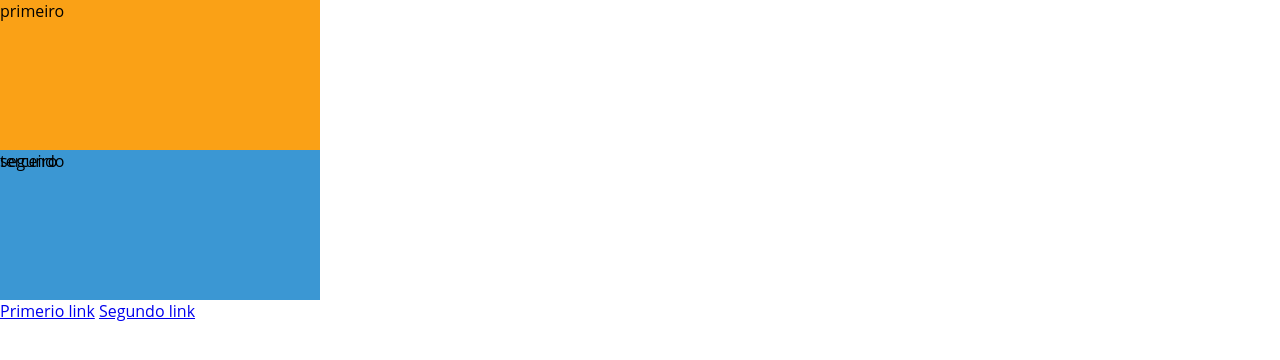
Repository: NicholasMaestrello/treinamento-impacta
Page: DesenvolvimentoJava/Modulo06/01_ConceitosHTMLCSS/WebContent/exemplo_display.html
The author's editor kept a copy of each file at every save. The page is drawn from the files as they stood at one save, then again after the next save.
The browser window is 1280 px wide. The pictures show the whole page.

Above is the page before, as saved 2017-10-18 16:24:32.

After the next save:
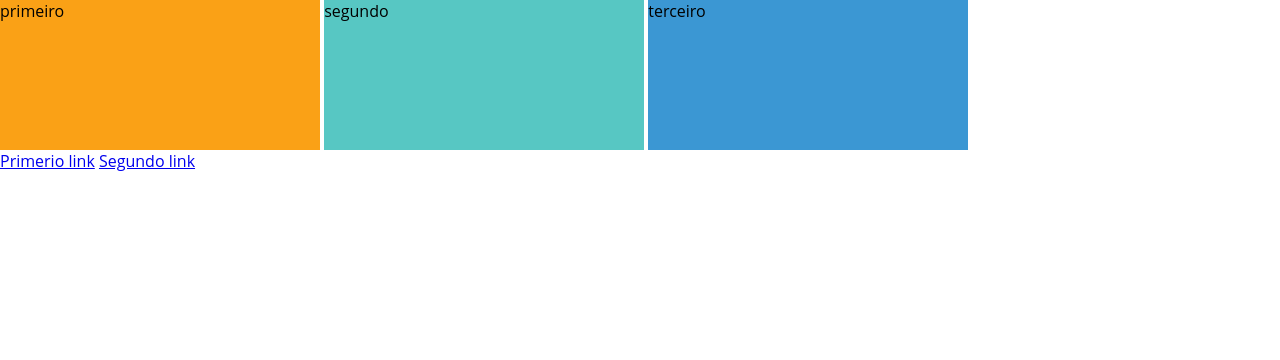
Saved 2 min 6 s later.
--- a/DesenvolvimentoJava/Modulo06/01_ConceitosHTMLCSS/WebContent/exemplo_display.html
+++ b/DesenvolvimentoJava/Modulo06/01_ConceitosHTMLCSS/WebContent/exemplo_display.html
@@ -25,12 +25,12 @@
 	.exemplo-item{
 		width: 25%;
 		height: 150px;
-		display: block;
-		/*display: inline-block;*/
+		/*display: block;*/
+		display: inline-block;
 	}
 	.exemplo-item-primeiro{
 		background-color: #FAA116;
-		float: left;
+		/*float: left;*/
 	}
 	.exemplo-item-segundo{
 		background-color: #57C7C3;
